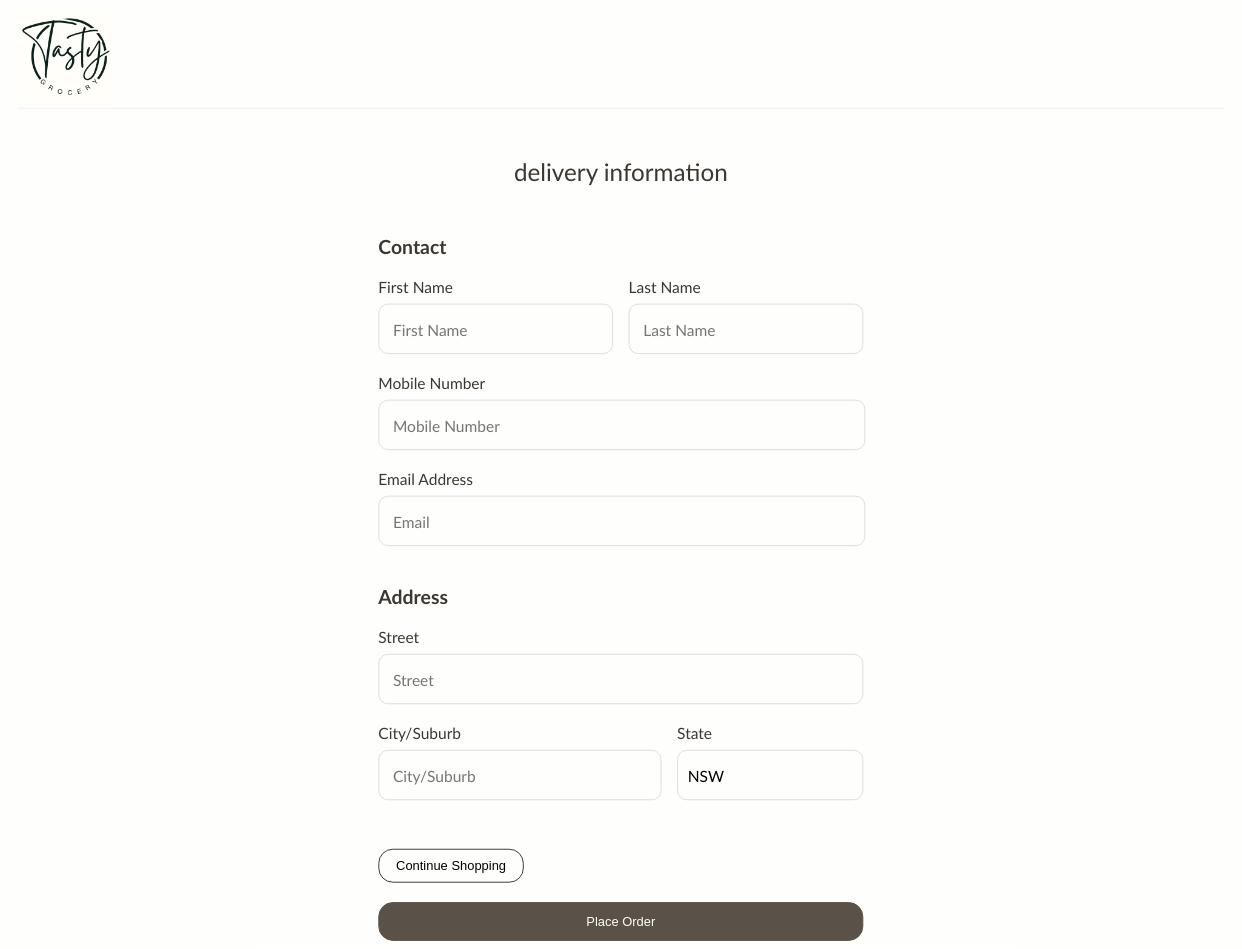
Repository: hxycindyhxy/TastyGrocery
Page: http://localhost/delivery.php
The author's editor kept a record of every edit. The page is drawn from the files as they stood at one moment, then again after the next edit.
The browser window is 1280 px wide. The pictures show the whole page, at 97% of full size.
The page is run by PHP 8.4 with error messages shown; the project is at /var/www/html/.

Above is the page before.
Console error: SyntaxError: missing ) after argument list

### delivery.php
<!DOCTYPE html>
<html lang="en">
<head>
  <meta charset="UTF-8">
  <meta name="viewport" content="width=device-width, initial-scale=1.0">
  <title>Tasty Grocery</title>
  <link rel="stylesheet" href="style.css">
</head>
<body>
  <header>
    <a href="index.php" id="logo-button">
      <img src="img/Tasty.png" alt="Logo">
    </a>
  </header>
  <div class="border-title">
    <div class="delivery-title">
      delivery information
    </div>
  </div>
  <div class="form-container">
    <div id="delivery-info-form">
      <div id="info-recipient">
        <div class="delivery-subtitle">
          Contact
        </div>
        <div class="name-input-container">
          <div id="first-name-block" class="input-vertical">
            <div class="sub-sub-title">First Name</div>
            <input type="text" placeholder="&nbsp;First Name" name="first-name" id="first-name-input">
            <div id="first-name-alert"></div>
          </div>
          <div id="last-name-block" class="input-vertical">
            <div class="sub-sub-title">Last Name</div>
            <input type="text" placeholder="&nbsp;Last Name" name="last-name" id="last-name-input">
            <div id="last-name-alert"></div>
          </div>
        </div>
        <div id="mobile-number-input-container" class="input-vertical">
          <div class="sub-sub-title">Mobile Number</div>
          <input type="text" placeholder="&nbsp;Mobile Number" name="mobile-number" id="mobile-input">
          <div id="mobile-alert"></div>
        </div>
        <div id="email-input-container" class="input-vertical">
          <div class="sub-sub-title">Email Address</div>
          <input id="email-input" type="text" placeholder="&nbsp;Email">
          <div id="email-alert"></div>
        </div>
      </div>
      <div id="info-address">
        <div class="delivery-subtitle">
          Address
        </div>
        <div id="street-container" class="input-vertical">
          <div class="sub-sub-title">Street</div>
          <input type="text" placeholder="&nbsp;Street" name="street" id="address-input">
          <div id="street-alert"></div>
        </div>
        <div class="more-address-container">
          <div id="city-block" class="input-vertical">
            <div class="sub-sub-title">City/Suburb</div>
            <input type="text" placeholder="&nbsp;City/Suburb" name="city-or-suburb" id="city-input">
            <div id="city-alert"></div>
          </div>
          <div id="state-block" class="input-vertical">
            <div class="sub-sub-title">State</div>
            <select id="state-option" name="state">
              <option>NSW</option>
              <option>VIC</option>
              <option>QLD</option>
              <option>WA</option>
              <option>SA</option>
              <option>TAS</option>
              <option>ACT</option>
              <option>NT</option>
              <option>Others</option>
            </select>
          </div>
        </div>
      </div>
      <div id="validation"></div>
      <div class="order-container">
        <button id="takeBackBtn" class="continue-shopping-btn" onclick="window.location.href='index.php'">
          Continue Shopping
        </button>
        <button id="place-order-btn">
          Place Order
        </button>
      </div>
    </div>
  </div>

  <script src="delivery.js"></script>
</body>
</html>

### style.css

/* body */
body {
  background-color: #fefefc;
  padding-left: 10px;
  padding-right: 10px;s
  display: flex;
  justify-content: center;
  flex-direction: column;
  font-family:'Trebuchet MS', 'Lucida Sans Unicode', 'Lucida Grande', 'Lucida Sans', Arial, sans-serif;
  color: rgb(60, 55, 48);
}

/* header */
header {
  display: flex;
  flex-direction: row;
  align-items: center;
  justify-content: space-between;
}

/* logo button */
#logo-button {
  border:none;
  padding: none;
  background: none;
  cursor: pointer;
}

#logo-button img {
  height: 10vh;
  min-height: 100px;
}

/* shopping cart */
#cart-btn {
  border:none;
  padding: none;
  background: none;
  cursor: pointer;
}

#cart-btn img{
  height: 3vh;
  min-height: 30px;
}

/* search box */
#search-box {
  background-color: rgb(242, 239, 236);
  width: 40vw;
  height: 35px;
  border-radius: 15px;
}

#search-box form {
  width: 40vw;
  display: flex;
  flex-direction: row;
  align-items: center;
  justify-content: space-around;
}

#search-box input {
  all: unset;
  border:none;
  background-color: rgb(242, 239, 236);
  height: 25px;
  width: 30vw;
  padding-top: 4px;
  padding-left: 5px;
  border-radius: 15px;
}

#search-box button {
  border:none;
  padding: none;
  background: none;
  cursor: pointer;
}

#search-box button img {
  padding-top: 6px;
  height: 20px;
}

/* navigation bar */
#nav-bar {
  border-width: 1px 0 0 0;
  border-color: rgb(242, 239, 236);
  border-style: solid;
  justify-content:center;
  display: flex;
  flex-direction: row;
}

.catogory {
  margin: 10px 40px 10px 40px;
  font-size: 16px;
}

.catogory a {
  all: unset;
  border:none;
  padding: none;
  background: none;
  cursor: pointer;
}

.catogory a:hover {
  color: rgb(81, 135, 81);
  text-decoration: underline;
}

.sub-cat {
  color: rgb(81, 135, 81);
  position: absolute;
  display: none;
  flex-direction: column;

  padding-top: 16px;
  width: 150px;
}

.sub-cat a {
  padding-right: 20px;
  padding-bottom: 10px;
}

.catogory:hover .sub-cat {
  display: flex;
}

/* display item */
#grid-container {
  display: grid;
  grid-template-columns: 1fr 1fr 1fr 1fr; /* 4 equal columns */
  gap: 10px; /* Space between grid items */
  padding: 10px;
  margin: 80px 100px 0 100px;

  max-width: 1200px;
  margin-left: auto;
  margin-right: auto;
}

.grid-item {
  text-align: center;
  margin: 0 1vw 60px 1vw;
}

.image-container {
  background:rgb(242, 239, 236);
  padding: 8%;
  align-items: center;
  justify-content: center;
}

.image-container:hover {
  background-color: rgb(230, 208, 187);
}

.grid-item img {
  max-width: 80%;
  object-fit: contain;
}

.item-details {
  display: flex;
  flex-direction: column;
  justify-content: left;
  text-align:left;
  margin: 10px 0 0 0;
}

.item-name {
  font-size: 18px;
  margin-bottom: 15px;
}

.item-price {
  font-size: 15px;
  margin-bottom: 2px;
  color: rgb(113, 107, 100);
}

.item-unit {
  font-size: 15px;
  margin-bottom: 2px;
  color: rgb(113, 107, 100);
}

.item-stock-status {
  font-size: 15px;
  color: rgb(113, 107, 100);
}

.add-button {
  margin-top: 18px;
  width: 100%;
  height: 30px;

  border:none;
  border-style: solid;
  border-radius: 15px;
  border-width: 1px;
  border-color: rgb(60, 55, 48);
  padding: none;
  background: none;
}

.add-button:hover {
  cursor: pointer;
  border:none;
  color:#fefefc;
  background-color: rgb(60, 55, 48);
}

.add-button:active {
  background-color: rgb(81, 135, 81);
}

.add-button-disabled {
  margin-top: 18px;
  width: 100%;
  height: 30px;

  border:none;
  border-style: solid;
  border-radius: 15px;
  border-width: 1px;
  border-color: rgb(211, 211, 211);
  padding: none;
  background: none;
}

.add-button:disabled {
  color: #666;
  pointer-events: none;
  opacity: 0.5;
}

/* shopping cart */
#cart-page {
  width: 100vw;
  height: 100vh;
  display: none;
  flex-direction: row;

  position: fixed;
  top: 50%;
  left: 50%;
  transform: translate(-50%, -50%);
}

.cart-page-left {
  flex:2;
  background-color: black;
  opacity: 0.4;
}

.cart-page-right {
  flex:1;
  min-width: 450px;
  background-color: #fefefc;
  display: flex;
  flex-direction: column;
}

.cart-top {
  display: flex;
  flex-direction: row;
  justify-content: space-between;
  margin: 40px 30px 0px 30px;
  flex: 1;
  align-items: center;
}

.cart-title {
  font-size: 20px;
}

#cart-close-btn {
  all: unset;
  cursor: pointer;
}

#cart-close-btn:hover {
  color: rgb(81, 135, 81);
  cursor: pointer;
}

.cart-bottom {
  flex: 1;
  margin: 30px;
  display: flex;
  justify-content: center;
}

#check-out-btn {
  width: 30vw;
  height: 40px;

  border:none;
  border-style: solid;
  border-radius: 15px;
  border-width: 1px;
  border-color: rgb(90, 82, 72);
  padding: none;
  color:#fefefc;
  background-color: rgb(90, 82, 72);
}

#check-out-btn:hover {
  cursor: pointer;
  border:none;
  color:#fefefc;
  background-color: rgb(60, 55, 48);
}

#check-out-btn:disabled {
  background-color: #ccc;
  color: #666;
  pointer-events: none;
  opacity: 0.6;
}

.cart-content {
  flex: 10;
  margin: 30px 30px 0 30px;
}

.cart-item {
  display: grid;
  grid-template-columns: 1fr 1fr 1fr 1fr 1fr;
  gap: 3px;
  padding: 5px;

  border-style: solid;
  border-width: 0 0 1px 0;
  border-color: rgb(242, 239, 236);
}

.cart-item-image img{
  width: 100%;
  margin-right: 5px;
}

.cart-item-name {
  text-align: right;
  color: rgb(113, 107, 100);
}

.cart-item-unit-price {
  text-align: right;
  margin-right: 10px;
}

.cart-item-quantity {
  text-align: right;
}

.cart-item-remove {
  text-align: right;
}

.cart-item-remove button {
  all: unset;
}

.cart-item-remove button:hover {
  background-color: rgb(242, 239, 236);
  cursor: pointer;
}

.cart-total-price-container {
  flex: 0.5;
  text-align: right;
  margin: 30px;
  display: flex;
  flex-direction: row;
  justify-content: right;
  font-size: 18px;
}

.cart-item-quantity button {
  all: unset;
  cursor: pointer;
}

.remove-all-container {
  display: flex;
  justify-content: center;
  margin: 30px;
}

.remove-one-btn img {
  width: 20px;
}

#remove-all-btn {
  width: 100px;
  height: 30px;

  border:none;
  border-style: solid;
  border-radius: 15px;
  border-width: 1px;
  border-color: rgb(90, 82, 72);
  padding: none;
  color: rgb(90, 82, 72);
  background: none;
}

#remove-all-btn:hover {
  cursor: pointer;
  border:none;
  color:#fefefc;
  background-color: rgb(90, 82, 72);
}

.cart-item-quantity .minus-btn, .cart-item-quantity .plus-btn {
  border-style: solid;
  border-width: 1px;
  border-color: rgb(90, 82, 72);
}

.minus-btn:disabled, .plus-btn:disabled {
  background-color: #ccc;
  color: #666;
  pointer-events: none;
  opacity: 0.6;
}

.cart-item-quantity .minus-btn:hover {
  cursor: pointer;
  color:#fefefc;
  background-color: rgb(90, 82, 72);
}

.cart-item-quantity .plus-btn:hover {
  cursor: pointer;
  color:#fefefc;
  background-color: rgb(90, 82, 72);
}

/* delivery page*/
.border-title {
  border-width: 1px 0 0 0;
  border-color: rgb(242, 239, 236);
  border-style: solid;

  display: flex;
  flex-direction: row;
  justify-content: center;
}

.delivery-title {
  margin: 50px;
  font-size: 25px;
}

.form-container {
  display: flex;
  justify-content: center;
}

#delivery-info-form {
  width: 500px;
}

#delivery-info-form input {
  all: unset;
  border: solid;
  border-width: 1.5px;
  border-color: rgb(224, 220, 217);
  border-radius: 10px;
  height: 50px;
  padding-left: 10px;
}

#delivery-info-form input:focus {
  border-color: rgb(90, 82, 72);
}

#state-option {
  all: unset;
  border: solid;
  border-width: 1.5px;
  border-color: rgb(224, 220, 217);
  border-radius: 10px;
  height: 50px;
  padding-left: 10px;

  align-items: center;
  color: black;
}

#state-option:focus {
  border-color: rgb(90, 82, 72);
}

.delivery-subtitle {
  font-size: 20px;
  margin-bottom: 20px;
  font-weight: bold;
}

.name-input-container, .more-address-container {
  display: flex;
  flex-direction: row;
  justify-content: space-between;
  margin-top: 20px;
}

.input-vertical {
  display: flex;
  flex-direction: column;
}

.sub-sub-title {
  margin-bottom: 8px;
}

#first-name-block input {
  width: 230px;
}

#last-name-block input {
  width: 230px;
}

#mobile-number-input-container, #email-input-container {
  margin-top: 20px;
}

#mobile-number-input-container input {
  width: 490px;
}

#email-input-container input {
  width: 490px;
}

#info-address {
  margin-top: 40px;
}

#city-block input {
  width: 280px;
}

#state-option {
  width: 180px;
}

#place-order-btn {
  width: 500px;
  height: 40px;
  margin-top: 20px;

  border:none;
  border-style: solid;
  border-radius: 15px;
  border-width: 1px;
  border-color: rgb(90, 82, 72);
  padding: none;
  color:#fefefc;
  background-color: rgb(90, 82, 72);
}

#place-order-btn:hover {
  cursor: pointer;
  border:none;
  color:#fefefc;
  background-color: rgb(60, 55, 48);
}

#place-order-btn:disabled {
  background-color: #ccc;
  color: #666;
  pointer-events: none;
  opacity: 0.6;
}

.alert-msg {
  font-size: 15px;
  color: red;
  margin-top: 3px;
}

#validation {
  justify-content: center;
  text-align: center;
  margin-top: 30px;
  color: red;
}

/* confirmation page */
.confirmation-img-container {
  display: flex;
  justify-content: center;
}

.confirmation-img-container img {
  margin-top: 10px;
  width: 70px;
  opacity: 0.6;
}

.confirm-msg {
  margin-top: 60px;
  font-size: 20px;
  text-align: center;
}

.continue-shopping {
  display: flex;
  justify-content: center;
}

.continue-shopping-btn {
  margin-top: 80px;
  width: 150px;
  height: 35px;

  border:none;
  border-style: solid;
  border-radius: 15px;
  border-width: 1px;
  border-color: rgb(60, 55, 48);
  padding: none;
  background: none;
}

.continue-shopping-btn:hover {
  cursor: pointer;
  border:none;
  color:#fefefc;
  background-color: rgb(60, 55, 48);
}

#takeBackBtn {
  margin-top: 20px;
  justify-content: center;
  text-align: center;
  /*display: none;*/
}

#confirm-email {
  color: rgb(81, 135, 81);
}

### delivery.js
//Get All the Input Box
const emailInput = document.getElementById('email-input');
const firstNameInput = document.getElementById('first-name-input');
const lastNameInput = document.getElementById('last-name-input');
const mobileInput = document.getElementById('mobile-input');
const streetInput = document.getElementById('address-input');
const cityInput = document.getElementById('city-input');

const placeOrderBtn = document.getElementById('place-order-btn');
placeOrderBtn.disabled = true;

const takeBackBtn = document.getElementById('takeBackBtn');

let emailPass = false;
let firstNamePass = false;
let lastNamePass = false;
let mobilePass = false;
let streetPass = false;
let cityPass = false;

//Place Order Button
function changeOrderBtnStatus() {
  if ((emailPass === true) && (firstNamePass === true) && (lastNamePass === true) && (mobilePass === true) && (streetPass === true) && (cityPass === true)) {
    placeOrderBtn.disabled = false;
  } else {
    placeOrderBtn.disabled = true;
  }
}

placeOrderBtn.addEventListener('click', async () => {
  const msg = await checkStockValidation();
  console.log(msg)

  if (msg === false) {
    placeOrderBtn.style.display = "none";
    takeBackBtn.style.display = "block";
  } else {
    window.location.href = "confirmation.html";
    localStorage.removeItem('cart');
  }
});

//Update Database After Confirmation of Order
function updateDatabase() {
  const cart = JSON.parse(localStorage.getItem('cart');

  try {
    const response = await fetch('updateDatabase.php', {
      method: 'POST',
      headers: { 'Content-Type': 'application/json' },
      body: JSON.stringify({ cart })
    });
}


//Validate the Number of Stock
async function checkStockValidation() {
  try {
    const response = await fetch('validation.php');
    const data = await response.json();
    const msg = await matchItemToStock(data);
    return msg;
  } catch (error) {
    console.error('Error:', error);
  }
};

function matchItemToStock(data) {
  let validateMsgList = ""

  let cart = localStorage.getItem('cart')
  cart = JSON.parse(cart);

  for (const cartItem of cart) {
    for (let key in cartItem) {
      let productName = key;
      let quantityInCart = cartItem[key];

      const productStockData = data.find(item => item.Name === productName);
      if (quantityInCart > productStockData.StockNumber) {
        validateMsgList += `${productName} `;
      };
    }
  };
  if (validateMsgList !== "") {
    postInvalidMsg(validateMsgList);
    return false;
  } else {
    return true;
  }
}

function postInvalidMsg(validateMsgList) {
  const invalidMsgContainer = document.getElementById("validation")

  invalidMsgContainer.innerHTML = ''

  const invalidHTML = `
  <div>The following products are out of stock:</div>
  <div>${validateMsgList}</div>
  `;

  invalidMsgContainer.insertAdjacentHTML('beforeend', invalidHTML);
}


//Validate First Name
firstNameInput.addEventListener('focus', ()=> {
  const firstNameAlert = document.getElementById("first-name-alert")
  firstNameAlert.innerHTML = "";
  firstNameInput.style.borderColor = 'rgb(224, 220, 217)';
})

firstNameInput.addEventListener('blur', ()=> {
  if (firstNameInput.value === '') {
    const firstNameAlert = document.getElementById("first-name-alert")
    const alertHTML = `<div class="alert-msg">&nbsp;Enter a first name</div>`
    firstNameAlert.insertAdjacentHTML('beforeend', alertHTML);
    firstNameInput.style.borderColor = 'red';
    firstNamePass = false;
  } else {
    firstNamePass = true;
  }
  changeOrderBtnStatus()
})

//Validate Last Name
lastNameInput.addEventListener('focus', ()=> {
  const lastNameAlert = document.getElementById("last-name-alert")
  lastNameAlert.innerHTML = "";
  lastNameInput.style.borderColor = 'rgb(224, 220, 217)';
})

lastNameInput.addEventListener('blur', ()=> {
  if (lastNameInput.value === '') {
    const lastNameAlert = document.getElementById("last-name-alert")
    const alertHTML = `<div class="alert-msg">&nbsp;Enter a last name</div>`
    lastNameAlert.insertAdjacentHTML('beforeend', alertHTML);
    lastNameInput.style.borderColor = 'red';
    lastNamePass = false;
  } else {
    lastNamePass = true;
  }
  changeOrderBtnStatus()
})

//Validate Mobile Number
mobileInput.addEventListener('focus', ()=> {
  const mobileAlert = document.getElementById("mobile-alert")
  mobileAlert.innerHTML = "";
  mobileInput.style.borderColor = 'rgb(224, 220, 217)';
})

mobileInput.addEventListener('blur', () => {

  if ((mobileInput.value === '') || (mobileInput.value.length<9) || (isNaN(parseInt(mobileInput.value)) === true)) {
    const mobileAlert = document.getElementById("mobile-alert")
    const alertHTML = `<div class="alert-msg">&nbsp;Enter a valid mobile number</div>`
    mobileAlert.insertAdjacentHTML('beforeend', alertHTML);
    mobileInput.style.borderColor = 'red';
    mobilePass = false;
  } else {
    mobilePass = true;
  }
   changeOrderBtnStatus()
})


//Validate Email
let emailAddress = ""

function checkEmailPattern(email) {
  const emailRegex = /^[a-zA-Z0-9._%+-]+@[a-zA-Z0-9.-]+\.[a-zA-Z]{2,}$/;
  return emailRegex.test(email);
}

emailInput.addEventListener('focus', ()=> {
  const emailAlert = document.getElementById("email-alert")
  emailAlert.innerHTML = "";
  emailInput.style.borderColor = 'rgb(224, 220, 217)';
})

emailInput.addEventListener('blur', () => {
  if ((emailInput.value === '') || (checkEmailPattern(emailInput.value) === false)) {
    const emailAlert = document.getElementById("email-alert")
    const alertHTML = `<div class="alert-msg">&nbsp;Enter a valid email</div>`
    emailAlert.insertAdjacentHTML('beforeend', alertHTML);
    emailInput.style.borderColor = 'red';
    emailPass = false;
  } else {
    emailPass = true;
    emailAddress = emailInput.value
    localStorage.setItem('email', emailAddress)
  }
   changeOrderBtnStatus()
})


//Validate Street
streetInput.addEventListener('focus', ()=> {
  const streetAlert = document.getElementById("street-alert")
  streetAlert.innerHTML = "";
  streetInput.style.borderColor = 'rgb(224, 220, 217)';
})

streetInput.addEventListener('blur', ()=> {
  if (streetInput.value === '') {
    const streetAlert = document.getElementById("street-alert")
    const alertHTML = `<div class="alert-msg">&nbsp;Enter an address</div>`
    streetAlert.insertAdjacentHTML('beforeend', alertHTML);
    streetInput.style.borderColor = 'red';
    streetPass = false;
  } else {
    streetPass = true;
  }
  changeOrderBtnStatus()
})

//Validate City
cityInput.addEventListener('focus', ()=> {
  const cityAlert = document.getElementById("city-alert")
  cityAlert.innerHTML = "";
  cityInput.style.borderColor = 'rgb(224, 220, 217)';
})

cityInput.addEventListener('blur', ()=> {
  if (cityInput.value === '') {
    const cityAlert = document.getElementById("city-alert")
    const alertHTML = `<div class="alert-msg">&nbsp;Enter a city/suburb</div>`
    cityAlert.insertAdjacentHTML('beforeend', alertHTML);
    cityInput.style.borderColor = 'red';
    cityPass = false;
  } else {
    cityPass = true;
  }
  changeOrderBtnStatus()
})

After the next edit:
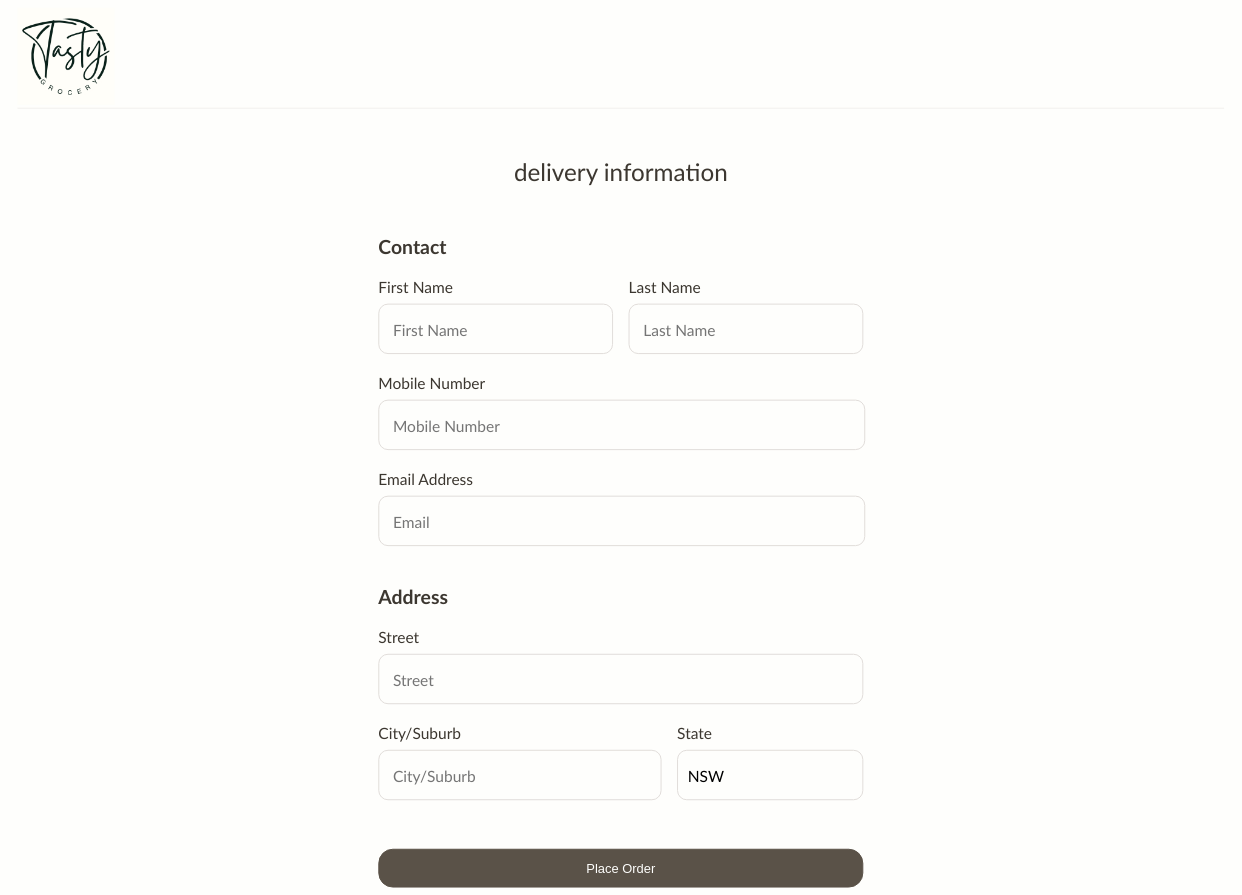
The edit:
--- a/style.css
+++ b/style.css
@@ -644,7 +644,8 @@
   margin-top: 20px;
   justify-content: center;
   text-align: center;
-  /*display: none;*/
+  width: 500px;
+  display: none;
 }
 
 #confirm-email {
